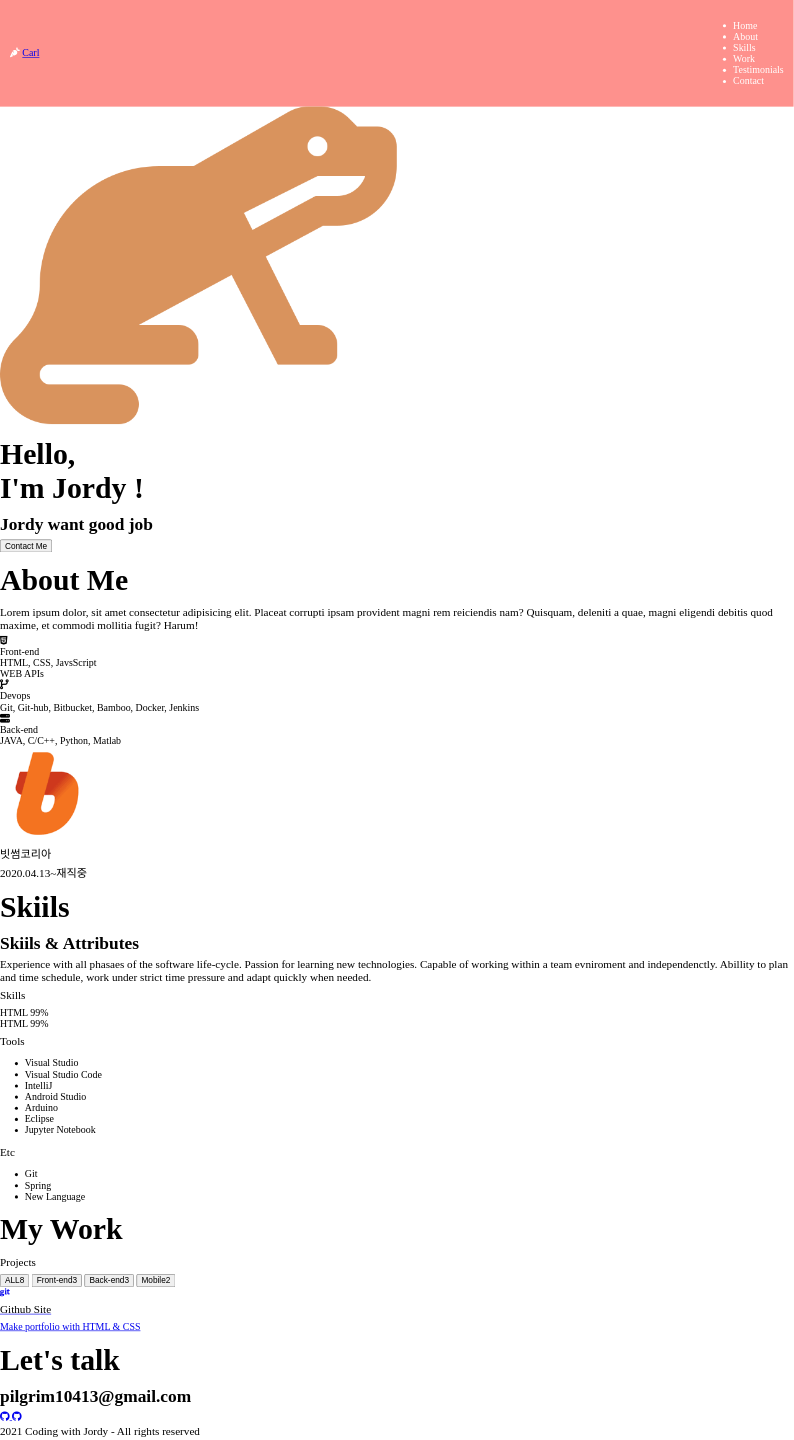
Repository: pilgrim13/Portfolio
Page: index.html
The author's editor kept a copy of each file at every save. The page is drawn from the files as they stood at one save, then again after the next save.
The browser window is 1280 px wide. The pictures show the whole page, at 62% of full size.
Some web libraries are served in a nearby version.

Above is the page before, as saved 2021-01-11 17:34:02.

### index.html
<!DOCTYPE html>
<html lang="en">
	<!-- Header -->
	<head>
		<meta charset="UTF-8" />
		<meta name="viewport" content="width=device-width, initial-scale=1.0" />
		<title>Carl's WAS</title>
		<meta name="description" content="test WAS" />
		<meta name="author" content="Carl" />
		<link rel="icon" type="image/png" href="imgs/carrot.png" />
		<script
			src="https://kit.fontawesome.com/453419e5ae.js"
			crossorigin="anonymous"
		></script>
		<link rel="preconnect" href="https://fonts.gstatic.com" />
		<link
			href="https://fonts.googleapis.com/css2?family=Open+Sans:wght@400;600;700&display=swap"
			rel="stylesheet"
		/>
		<!-- css -->
		<!-- font-family: 'Open Sans', sans-serif; -->
		<link rel="stylesheet" href="style.css" />
		<script src="main.js" defer></script>
	</head>
	<body>
		<!-- Navbar -->
		<nav id="navbar">
			<div class="navbar__logo">
				<i class="fas fa-carrot"></i>
				<a href="#">Carl</a>
			</div>
			<div class="navbar__menu">
				<ul>
					<li class="navbar__menu__item">Home</li>
					<li class="navbar__menu__item">About</li>
					<li class="navbar__menu__item">Skills</li>
					<li class="navbar__menu__item">Work</li>
					<li class="navbar__menu__item">Testimonials</li>
					<li class="navbar__menu__item">Contact</li>
				</ul>
			</div>
		</nav>

		<!-- Home -->
		<section id="home">
			<img
				src="imgs/otter-solid.png"
				alt="Carl's profile photo"
				class="home__avatar"
			/>
			<h1 class="home__title">Hello, <br />I'm Jordy !</h1>
			<h2 class="home__description">Jordy want good job</h2>
			<button class="home__contact">Contact Me</button>
		</section>

		<!-- About -->
		<section id="about">
			<h1>About Me</h1>
			<p>
				Lorem ipsum dolor, sit amet consectetur adipisicing elit. Placeat
				corrupti ipsam provident magni rem reiciendis nam? Quisquam, deleniti a
				quae, magni eligendi debitis quod maxime, et commodi mollitia fugit?
				Harum!
			</p>
			<div class="about__majors">
				<div class="major">
					<div class="major__icon">
						<i class="fab fa-html5"></i>
					</div>
					<div class="major__title">Front-end</div>
					<div class="major__description">
						HTML, CSS, JavsScript <br />WEB APIs
					</div>
				</div>
				<div class="major">
					<div class="major__icon">
						<i class="fas fa-code-branch"></i>
					</div>
					<div class="major__title">Devops</div>
					<div class="major__description">
						Git, Git-hub, Bitbucket, Bamboo, Docker, Jenkins
					</div>
				</div>
				<div class="major">
					<div class="major__icon">
						<i class="fas fa-server"></i>
					</div>
					<div class="major__title">Back-end</div>
					<div class="major__description">JAVA, C/C++, Python, Matlab</div>
				</div>
			</div>
			<!-- <i class="fas fa-mobile-alt"></i> -->
			<!-- <i class="fas fa-server"></i> -->
			<!-- <i class="fas fa-code-branch"></i> -->
			<div class="about__jobs">
				<div class="job">
					<img src="imgs/bithumb_logo.png" alt="bithumb" class="job__logo" />
					<p class="job__name">빗썸코리아</p>
					<p class="job__period">2020.04.13~재직중</p>
				</div>
			</div>
		</section>

		<!-- Skills -->
		<section id="skills">
			<h1>Skiils</h1>
			<h2>Skiils & Attributes</h2>
			<p>
				Experience with all phasaes of the software life-cycle. Passion for
				learning new technologies. Capable of working within a team evniroment
				and independenctly. Abillity to plan and time schedule, work under
				strict time pressure and adapt quickly when needed.
			</p>
			<div class="skillset">
				<div class="skillset__left">
					<h3 class="skillset__title">Skills</h3>
					<div class="skill">
						<div class="skill_description">
							<span>HTML</span>
							<span>99%</span>
						</div>
						<div class="skill__bar">
							<div class="skill_value"></div>
						</div>
					</div>
					<div class="skill">
						<div class="skill_description">
							<span>HTML</span>
							<span>99%</span>
						</div>
						<div class="skill__bar">
							<div class="skill_value"></div>
						</div>
					</div>
				</div>
				<div class="skillset__right">
					<div class="tools">
						<h3 class="skillset_title">Tools</h3>
						<ul class="tools__list">
							<li><span>Visual Studio</span></li>
							<li><span>Visual Studio Code</span></li>
							<li><span>IntelliJ</span></li>
							<li><span>Android Studio</span></li>
							<li><span>Arduino</span></li>
							<li><span>Eclipse</span></li>
							<li><span>Jupyter Notebook</span></li>
						</ul>
					</div>
					<div class="etc">
						<h3 class="skillset_title">Etc</h3>
						<ul class="etc__list">
							<li><span>Git</span></li>
							<li><span>Spring</span></li>
							<li><span>New Language</span></li>
						</ul>
					</div>
				</div>
			</div>
		</section>

		<!-- Work -->
		<section id="work">
			<h1>My Work</h1>
			<h3>Projects</h3>
			<div class="work__categories">
				<button class="category__btn">
					ALL<span class="category__count">8</span>
				</button>
				<button class="category__btn">
					Front-end<span class="category__count">3</span>
				</button>
				<button class="category__btn">
					Back-end<span class="category__count">3</span>
				</button>
				<button class="category__btn">
					Mobile<span class="category__count">2</span>
				</button>
			</div>

			<div class="work__projects">
				<a
					href="https://github.com/pilgrim13/Portfolio"
					class="project"
					target="blank"
				>
					<i class="fab fa-git project__img" alt="github"></i>
					<!-- TODO. Link -> Img change -->
					<!-- <img src="imgs/carrot.png" alt="github"> -->
					<div class="project__description">
						<h3>Github Site</h3>
						<span>Make portfolio with HTML & CSS</span>
					</div>
				</a>
			</div>
		</section>

		<!-- Testimonials -->
		<section class="testimonials"></section>

		<!-- Contact -->
		<section id="contact">
			<h1 class="contact__title">Let's talk</h1>
			<h2 class="contact__email">pilgrim10413@gmail.com</h2>
			<div class="contact__links">
				<a href="https://github.com/pilgrim13" target="_blank">
					<i class="fab fa-github"></i>
				</a>
				<a href="#" target="_blank">
					<i class="fab fa-github"></i>
				</a>
			</div>
			<p class="contact__rights">
				2021 Coding with Jordy - All rights reserved
			</p>
		</section>
	</body>
</html>

### style.css
/* Global */

:root {
	/* Color */
	--color-white: #ffffff;
	--color-light-white: #eeeeee;
	--color-dark-white: #bdbdbd;
	--color-pink: #fe918d;
	--color-dark-pink: #ff6863;
	--color-dark-grey: #4d4d4d;
	--color-grey: #616161;
	--color-light-grey: #7c7979;
	--color-blue: #73aace;
	--color-yellow: #fff7d1;
	--color-orange: #feb546;
	--color-black: #000000;

	/* Font size */
	--font-large: 48px;
	--font-medium: 28px;
	--font-regular: 18px;
	--font-small: 16px;
	--font-micro: 14px;

	/* Font weight */
	--weight-bold: 700;
	--weight-semi-bold: 600;
	--weight-regular: 400;

	/* Size */
	--margin-regular: 16px;
}

/* Body */
body {
	margin: 0;
}

/* Typography */

h1 {
	font-size: var(--font-large);
	font-weight: var(--weight-bold);
	color: var(--color-black);
	margin: 16px 0px;
}

h2 {
	font-size: var(--font-medium);
	font-weight: var(--weight-semi-bold);
	color: var(--color-black);
	margin: 8px 0;
}

h3 {
	font-size: var(--font-regular);
	font-weight: var(--weight-regular);
	color: var(--color-black);
	margin: 8px 0;
}

p {
	font-size: var(--font-regular);
	font-weight: var(--weight-regular);
	color: var(--color-black);
	margin: 4px 0;
}

/* Navbar */
#navbar {
	display: flex;
	justify-content: space-between;
	background-color: var(--color-pink);
	align-items: center;
	color: var(--color-white);
	padding: var(--margin-regular);
}

.navbar__menu {
	display: flex;
}

Loaded but not shown: main.js (no stored copy; drawn as an empty file)

After the next save:
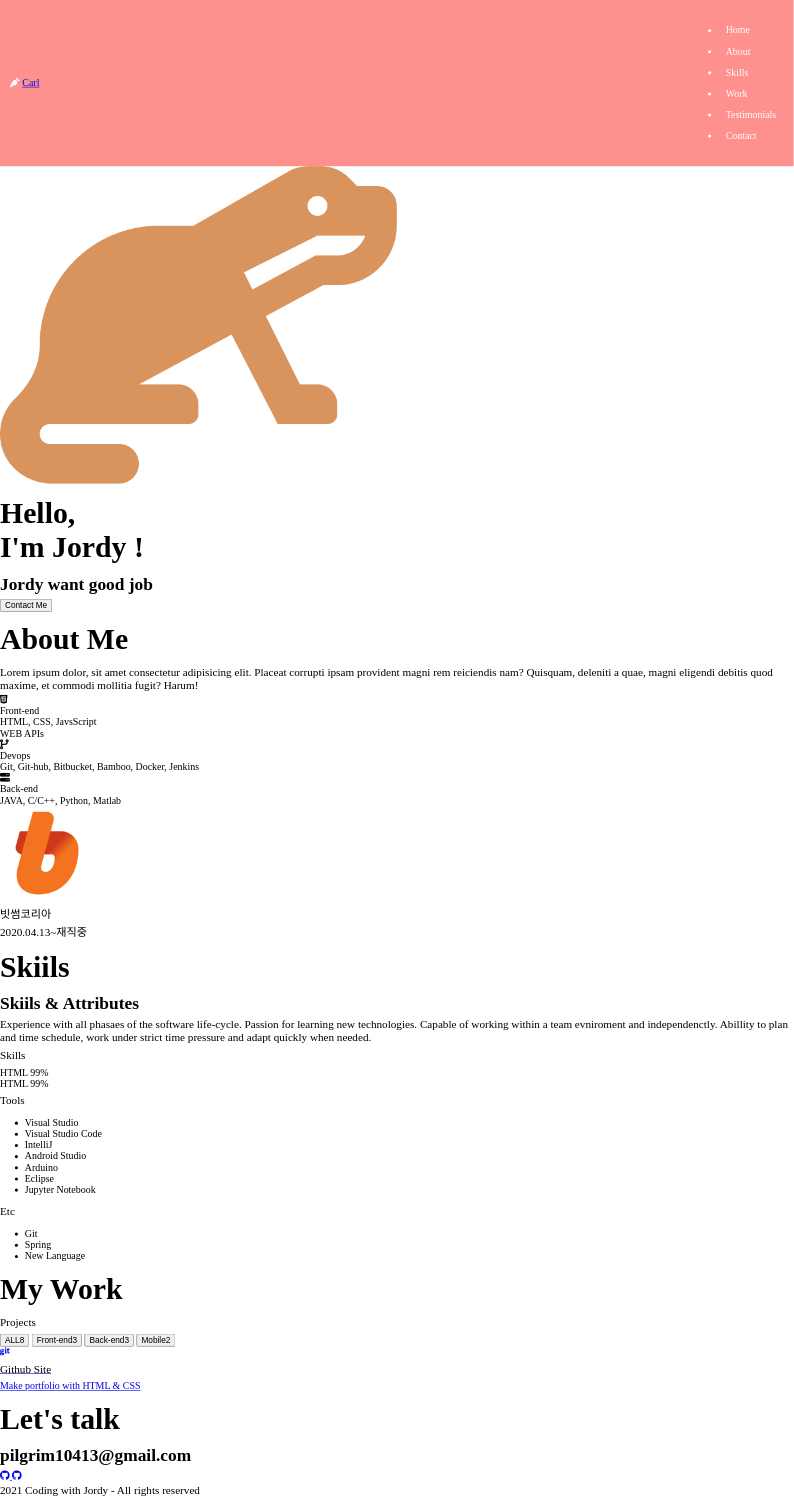
Saved 50 s later.
--- a/style.css
+++ b/style.css
@@ -79,3 +79,7 @@
 .navbar__menu {
 	display: flex;
 }
+
+.navbar__menu__item {
+	padding: 8px 12px;
+}
